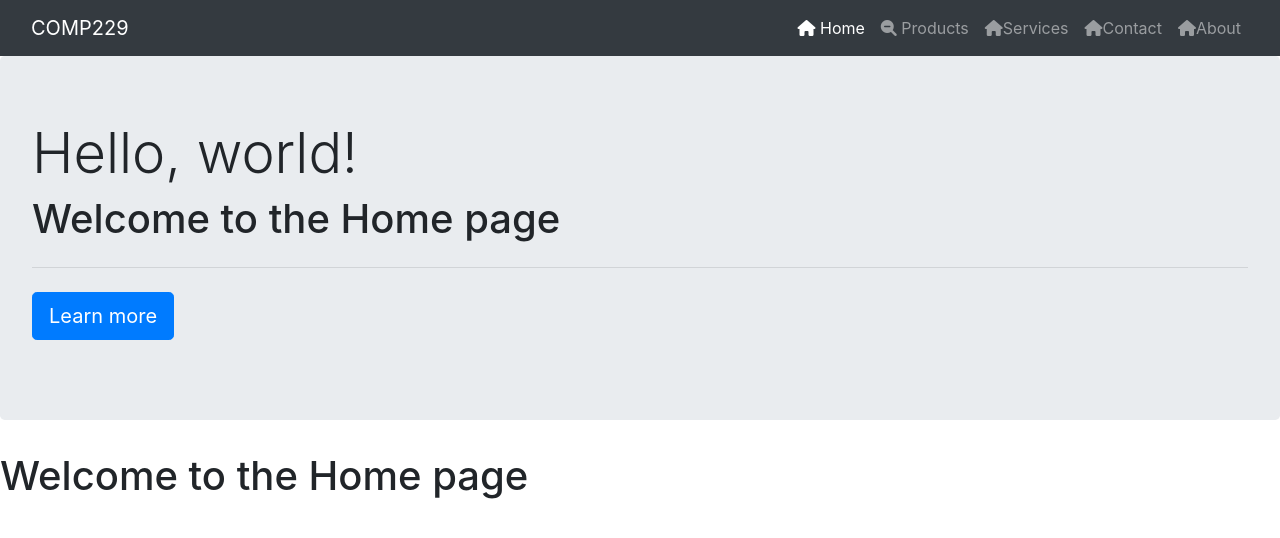
Repository: arsh16/week3_demo2
Page: http://localhost/
The author's editor kept a copy of each file at every save. The page is drawn from the files as they stood at one save, then again after the next save.
The browser window is 1280 px wide. The pictures show the whole page.
Some web libraries are served in a nearby version. The page is served by the project's Node server (server.js). Other server files are loaded and not shown.

Above is the page before, as saved 2021-09-30 11:40:25.

### views/index.ejs
<!DOCTYPE html>
<html lang="en">
<head>
  <meta charset="UTF-8">
  <meta http-equiv="X-UA-Compatible" content="IE=edge">
  <meta name="viewport" content="width=device-width, initial-scale=1.0">
  <title><%= title %></title>

  <!--css-->
  <link rel='stylesheet' href='/Content/app.css' />

<!--These stylesheets were saying 404 in console-->

  <!--<link rel="stylesheet" href="/bootstrap/dist/bootstrap.min.css">
  <link rel="stylesheet" href='/@fortawesome/fontawesome-free/css/all.min.css'-->

  <link rel="stylesheet" href="https://cdn.jsdelivr.net/npm/bootstrap@4.6.0/dist/css/bootstrap.min.css" integrity="sha384-B0vP5xmATw1+K9KRQjQERJvTumQW0nPEzvF6L/Z6nronJ3oUOFUFpCjEUQouq2+l" crossorigin="anonymous">
 <link rel="stylesheet" href="https://cdnjs.cloudflare.com/ajax/libs/font-awesome/6.0.0-beta2/css/all.min.css" integrity="sha512-YWzhKL2whUzgiheMoBFwW8CKV4qpHQAEuvilg9FAn5VJUDwKZZxkJNuGM4XkWuk94WCrrwslk8yWNGmY1EduTA==" crossorigin="anonymous" referrerpolicy="no-referrer" />


</head>

<!--body-->
<body>

  <!--main nav-->
  <nav class="navbar navbar-expand-lg navbar-dark bg-dark" style="color: aliceblue;">
    <div class="container-fluid">
      <a class="navbar-brand" href="/home">COMP229</a>
      <button class="navbar-toggler" type="button" data-bs-toggle="collapse" data-bs-target="#navbarSupportedContent" aria-controls="navbarSupportedContent" aria-expanded="false" aria-label="Toggle navigation">
        <span class="navbar-toggler-icon"></span>
      </button>

      <div class="collapse navbar-collapse" id="navbarSupportedContent">
        <ul class="navbar-nav ml-auto mb-2 mb-lg-0">

          <li class="nav-item">
            <a class="nav-link active" aria-current="page" href="/home"><i class="fas fa-home"></i> Home</a>
          </li>

          <li class="nav-item">
            <a class="nav-link" href="/products"><i class="fas fa-search-minus"></i> Products</a>
          </li>

             <li class="nav-item">
            <a class="nav-link" href="/services"><i class="fas fa-home"></i>Services</a>
          </li>

             <li class="nav-item">
            <a class="nav-link" href="/contact"><i class="fas fa-home"></i>Contact</a>
          </li>

           <li class="nav-item">
            <a class="nav-link" href="/about"><i class="fas fa-home"></i>About</a>


        </ul>

      </div>
    </div>
  </nav>

  <main><div class="jumbotron">
    <h1 class="display-4">Hello, world!</h1>
    <h1>Welcome to the <%= title %> page</h1>
    <hr class="my-4">
    <p></p>
    <p class="lead">
      <a class="btn btn-primary btn-lg" href="#" role="button">Learn more</a>
    </p>
  </div>
  </main>

  <h1>Welcome to the <%= title %> page</h1>

  <!--scripts-->
  <script src="https://ajax.googleapis.com/ajax/libs/jquery/2.1.1/jquery.min.js"></script>
 <!-- <script src="/jquery/dist/jquery.min.js"></script>-->
  <script src="/Scripts/app.js"></script>
</body>
</html>

### server.js
#!/usr/bin/env node

/**
 * Module dependencies.
 */

var app = require('./app');
var debug = require('debug')('assignment1:server');
var http = require('http');

/**
 * Get port from environment and store in Express.
 */

var port = normalizePort(process.env.PORT || '3000');
app.set('port', port);

/**
 * Create HTTP server.
 */

var server = http.createServer(app);

/**
 * Listen on provided port, on all network interfaces.
 */

server.listen(port);
server.on('error', onError);
server.on('listening', onListening);

/**
 * Normalize a port into a number, string, or false.
 */

function normalizePort(val) {
  var port = parseInt(val, 10);

  if (isNaN(port)) {
    // named pipe
    return val;
  }

  if (port >= 0) {
    // port number
    return port;
  }

  return false;
}

/**
 * Event listener for HTTP server "error" event.
 */

function onError(error) {
  if (error.syscall !== 'listen') {
    throw error;
  }

  var bind = typeof port === 'string'
    ? 'Pipe ' + port
    : 'Port ' + port;

  // handle specific listen errors with friendly messages
  switch (error.code) {
    case 'EACCES':
      console.error(bind + ' requires elevated privileges');
      process.exit(1);
      break;
    case 'EADDRINUSE':
      console.error(bind + ' is already in use');
      process.exit(1);
      break;
    default:
      throw error;
  }
}

/**
 * Event listener for HTTP server "listening" event.
 */

function onListening() {
  var addr = server.address();
  var bind = typeof addr === 'string'
    ? 'pipe ' + addr
    : 'port ' + addr.port;
  debug('Listening on ' + bind);
}

### routes/index.js
var express = require('express');
var router = express.Router();

/* GET home page. */
router.get('/', function(req, res, next) {
  res.render('index', { title: 'Home' });
});

router.get('/home', function(req, res, next) {
  res.render('index', { title: 'Home' });
});


router.get('/about', function(req, res, next) {
  res.render('index', { title: 'About' });
});

router.get('/products', function(req, res, next) {
  res.render('index', { title: 'Products'});
});

router.get('/services', function(req, res, next) {
  res.render('index', { title: 'Services' });
});

router.get('/contact', function(req, res, next) {
  res.render('index', { title: 'Contact' });
});

module.exports = router;

### app.js
let createError = require('http-errors');
let express = require('express');
let path = require('path');
let cookieParser = require('cookie-parser');
let logger = require('morgan');

let indexRouter = require('./routes/index');
let usersRouter = require('./routes/users');

let app = express();

// view engine setup
app.set('views', path.join(__dirname, 'views'));
app.set('view engine', 'ejs');

app.use(logger('dev'));
app.use(express.json());
app.use(express.urlencoded({ extended: false }));
app.use(cookieParser());
app.use(express.static(path.join(__dirname, 'public')));

app.use('/', indexRouter);
app.use('/users', usersRouter);

// catch 404 and forward to error handler
app.use(function(req, res, next) {
  next(createError(404));
});

// error handler
app.use(function(err, req, res, next) {
  // set locals, only providing error in development
  res.locals.message = err.message;
  res.locals.error = req.app.get('env') === 'development' ? err : {};

  // render the error page
  res.status(err.status || 500);
  res.render('error');
});

module.exports = app;

### public/Content/app.css
/*-custom css--*/

### public/Scripts/app.js
/*IIFE*/

(function()
{
    function Start()
    {
        console.log("App started...");
    }
    window.addEventListener("load", Start);
})();

After the next save:
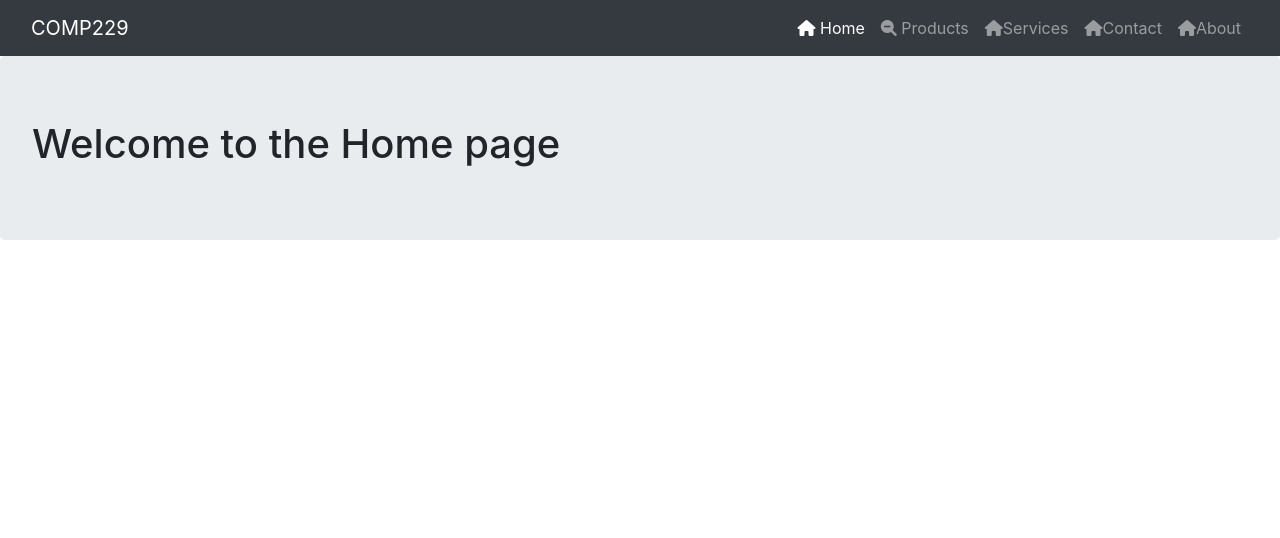
Saved 29 s later.
--- a/views/index.ejs
+++ b/views/index.ejs
@@ -61,17 +61,10 @@
   </nav>
 
   <main><div class="jumbotron">
-    <h1 class="display-4">Hello, world!</h1>
     <h1>Welcome to the <%= title %> page</h1>
-    <hr class="my-4">
-    <p></p>
-    <p class="lead">
-      <a class="btn btn-primary btn-lg" href="#" role="button">Learn more</a>
-    </p>
+
   </div>
   </main>
-
-  <h1>Welcome to the <%= title %> page</h1>
 
   <!--scripts-->
   <script src="https://ajax.googleapis.com/ajax/libs/jquery/2.1.1/jquery.min.js"></script>
